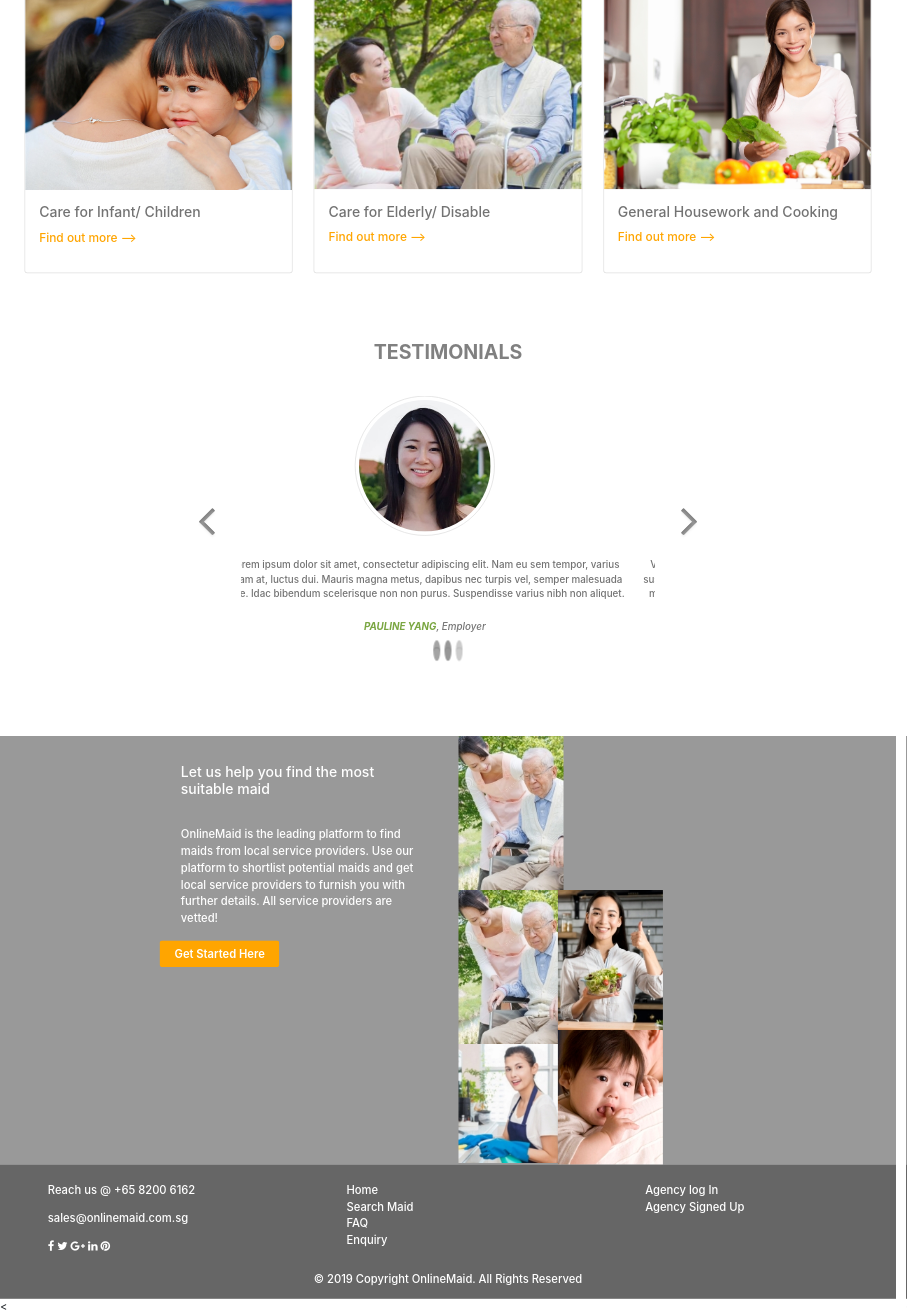
Repository: Code-Institute-Submissions/Project-1---Online-Maid
Page: testing2.html
The author's editor kept a record of every edit. The page is drawn from the files as they stood at one moment, then again after the next edit.
The browser window is 1280 px wide. The page is 1295 px wide, so the pictures cover 1295 px, including what lies to the right of the window. The pictures show the part of the page from y = 1578 to 3458 px (the page is 3458 px tall before and 3456 px after), at 70% of full size.
Some web libraries are served in a nearby version.

Above is the page before.

After the next edit:
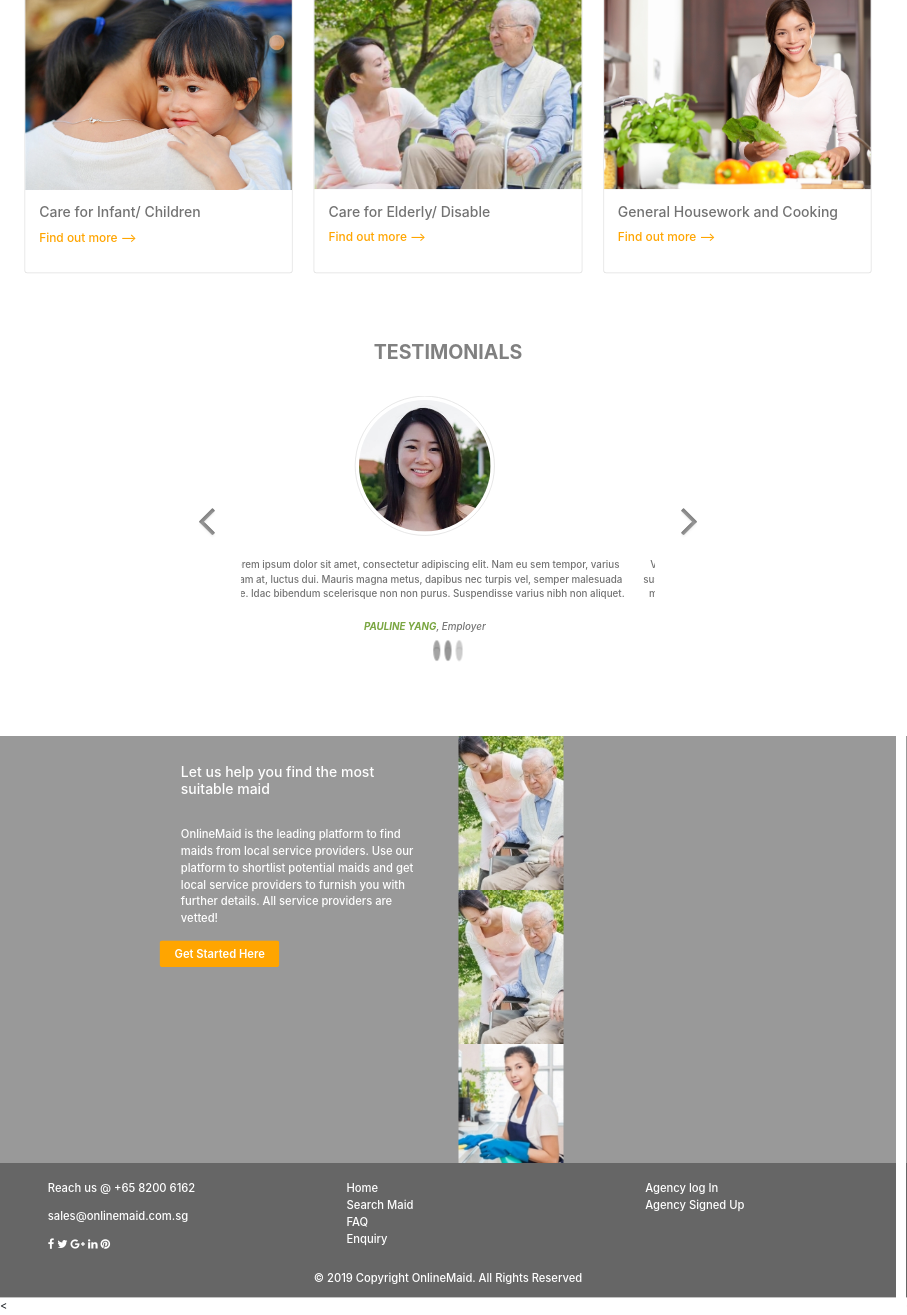
The edit:
--- a/testing2.html
+++ b/testing2.html
@@ -259,10 +259,7 @@
           <img class="card-img-top-2" src="images/enquiry/2a.jpg" alt="Card image cap">
         </div>
 
-        <div class="col-4 picture-col-2">
-          <img class="card-img-top-3" src="images/enquiry/3a.jpg" alt="Card image cap">
-          <img class="card-img-top-4" src="images/enquiry/4a.jpg" alt="Card image cap">
-        </div>
+
 
 
       </div>
